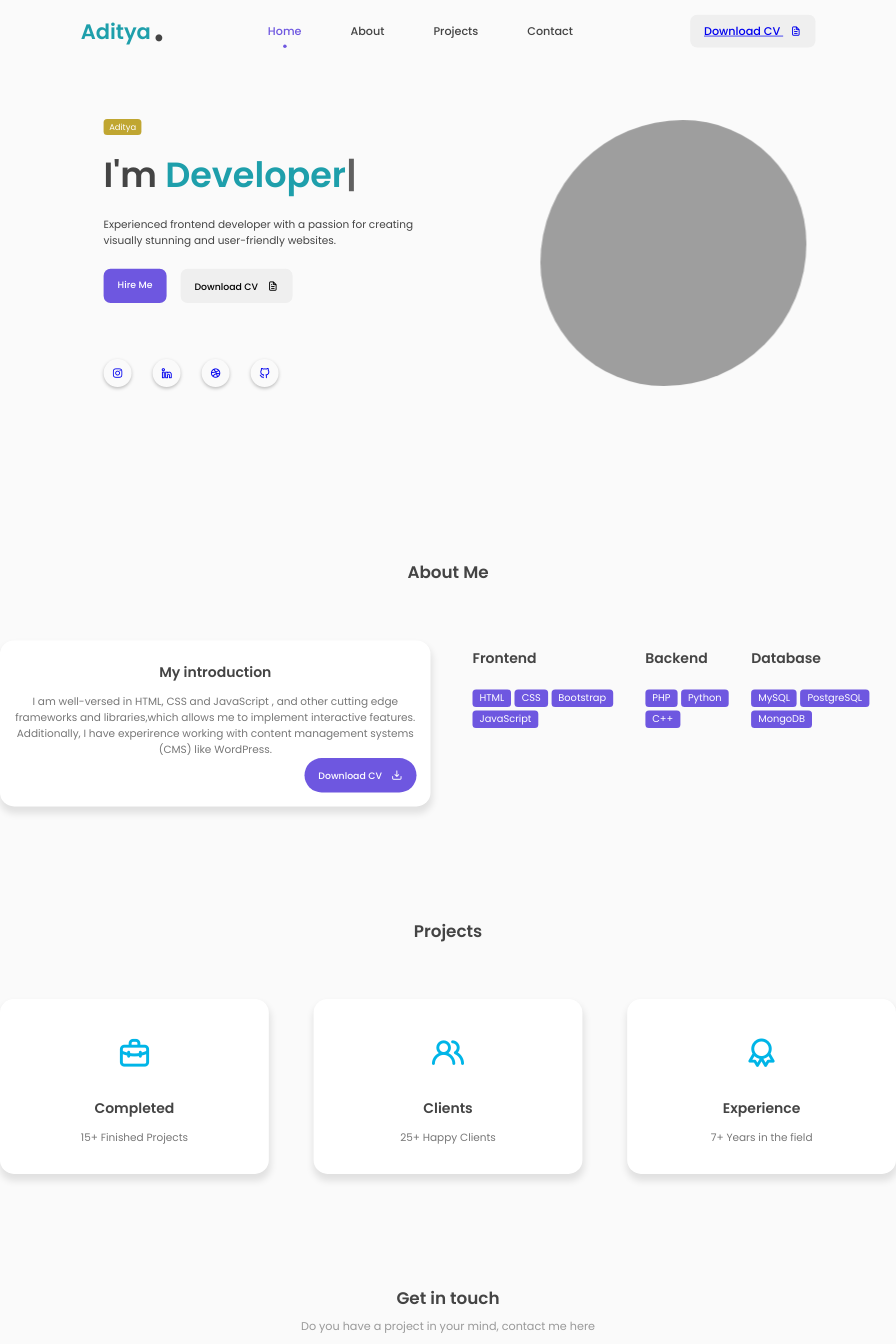
Repository: 4Kbrain/Portofolio
Page: index.html
These files come from the project's save history. The page is drawn as it stood at one moment and after the next save; the edit follows.
The browser window is 1280 px wide. The pictures show the part of the page from y = 0 to 1920 px (the page is 2774 px tall), at 70% of full size.
Pictures or frames that could not be fetched are drawn as grey boxes.

Above is the page before, as saved 2024-05-15 09:03:53.

### index.html
<!DOCTYPE html>
<html lang="en">

<head>
    <meta charset="UTF-8">
    <meta name="viewport" content="width=device-width, initial-scale=1.0">
    <link rel="stylesheet" href="https://unicons.iconscout.com/release/v4.0.8/css/line.css">
    <link rel="stylesheet" href="assets/css/style.css">
    <link rel="shortcut icon" href="assets/images/favicon.png" type="image/x-icon">

    <title>Portfolio | Aditya</title>
</head>

<body>
    <div class="container">
        <!-- header -->
        <nav id="header">
            <div class="nav-logo">
                <p class="nav-name">Aditya</p>
                <span>.</span>
            </div>
            <div class="nav-menu" id="myNavMenu">
                <ul class="nav_menu_list">
                    <li class="nav_list">
                        <a href="#home" class="nav-link active-link">Home</a>
                        <div class="circle"></div>
                    </li>
                    <li class="nav_list">
                        <a href="#about" class="nav-link">About</a>
                        <div class="circle"></div>
                    </li>
                    <li class="nav_list">
                        <a href="#projects" class="nav-link">Projects</a>
                        <div class="circle"></div>
                    </li>
                    <li class="nav_list">
                        <a href="#contact" class="nav-link">Contact</a>
                        <div class="circle"></div>
                    </li>
                </ul>
            </div>
            <div class="nav-button">
                <a id="downloadCVButton" href="assets/CV/Aditya%20CV.pdf" download="CV.pdf" class="btn">Download CV <i
                        class="uil uil-file-alt"></i></a>
            </div>
            <div class="nav-menu-btn">
                <i class="uil uil-bars" onclick="myMenuFunction()"></i>
            </div>
        </nav>


        <!-- -------------- MAIN ---------------- -->
        <main class="wrapper">
            <!-- -------------- FEATURED BOX ---------------- -->
            <section class="featured-box" id="home">
                <div class="featured-text">
                    <div class="featured-text-card">
                        <span>Aditya</span>
                    </div>
                    <div class="featured-name">
                        <p>I'm <span class="typedText"></span></p>
                    </div>
                    <div class="featured-text-info">
                        <p>Experienced frontend developer with a passion for creating visually stunning
                            and user-friendly websites.
                        </p>
                    </div>
                    <div class="featured-text-btn">
                        <button class="btn blue-btn">Hire Me</button>
                        <button class="btn">Download CV <i class="uil uil-file-alt"></i></button>
                    </div>
                    <div class="social_icons">
                        <div class="icon"><a href="https://instagram.com"><i class="uil uil-instagram"></i></a></div>
                        <div class="icon"><a href="https://linkedin.com"><i class="uil uil-linkedin-alt"></i></a></div>
                        <div class="icon"><a href="https://dribbble.com"><i class="uil uil-dribbble"></i></a></div>
                        <div class="icon"><a href="https://github.com/4Kbrain"><i class="uil uil-github-alt"></i></a></div>

                    </div>
                </div>
                <div class="featured-image">
                    <div class="image">
                        <img src="assets/images/avatar.png" alt="avatar">
                    </div>
                </div>
                <!-- <div c
         -->
    </div>

    </section>
    <!-- -------------- ABOUT BOX ---------------- -->
    <section class="section" id="about">
        <div class="top-header">
            <h1>About Me</h1>
        </div>
        <div class="row">
            <div class="col">
                <div class="about-info">
                    <h3>My introduction</h3>
                    <p>I am well-versed in HTML, CSS and JavaScript , and other cutting edge
                        frameworks and libraries,which allows me to implement interactive features.
                        Additionally, I have experirence working with content management systems (CMS) like
                        WordPress.
                    </p>
                    <div class="about-btn">
                        <button class="btn">Download CV <i class="uil uil-import"></i></button>
                    </div>
                </div>
            </div>
            <div class="col">
                <div class="skills-box">
                    <div class="skills-header">
                        <h3>Frontend</h3>
                    </div>
                    <div class="skills-list">
                        <span>HTML</span>
                        <span>CSS</span>
                        <span>Bootstrap</span>
                        <span>JavaScript</span>
                    </div>
                </div>
                <div class="skills-box">
                    <div class="skills-header">
                        <h3>Backend</h3>
                    </div>
                    <div class="skills-list">
                        <span>PHP</span>
                        <span>Python</span>
                        <span>C++</span>
                    </div>
                </div>
                <div class="skills-box">
                    <div class="skills-header">
                        <h3>Database</h3>
                    </div>
                    <div class="skills-list">
                        <span>MySQL</span>
                        <span>PostgreSQL</span>
                        <span>MongoDB</span>
                    </div>
                </div>
            </div>
        </div>
    </section>

    <!-- -------------- PROJECT BOX ---------------- -->

    <section class="section" id="projects">
        <div class="top-header">
            <h1>Projects</h1>
        </div>
        <div class="project-container">
            <div class="project-box">
                <i class="uil uil-briefcase-alt"></i>
                <h3>Completed</h3>
                <label>15+ Finished Projects</label>
            </div>
            <div class="project-box">
                <i class="uil uil-users-alt"></i>
                <h3>Clients</h3>
                <label>25+ Happy Clients</label>
            </div>
            <div class="project-box">
                <i class="uil uil-award"></i>
                <h3>Experience</h3>
                <label>7+ Years in the field</label>
            </div>
        </div>
    </section>

    <!-- -------------- CONTACT BOX ---------------- -->

    <section class="section" id="contact">
        <div class="top-header">
            <h1>Get in touch</h1>
            <span>Do you have a project in your mind, contact me here</span>
        </div>
        <div class="row">
            <div class="col">
                <div class="contact-info">
                    <h2>Find Me <i class="uil uil-corner-right-down"></i></h2>
                    <p><i class="uil uil-envelope"></i> Email: john@Aditya.com</p>
                    <p><i class="uil uil-phone"></i> Tel: +250 708 770 000</p>
                </div>
            </div>
            <div class="col">
                <div class="form-control">
                    <div class="form-inputs">
                        <input type="text" class="input-field" placeholder="Name">
                        <input type="text" class="input-field" placeholder="Email">
                    </div>
                    <div class="text-area">
                        <textarea placeholder="Message"></textarea>
                    </div>
                    <div class="form-button">
                        <button class="btn">Send <i class="uil uil-message"></i></button>
                    </div>
                </div>
            </div>
        </div>
    </section>

    </main>


    <!-- --------------- FOOTER --------------- -->
    <footer>
        <div class="top-footer">
            <p>Aditya .</p>
        </div>
        <div class="middle-footer">
            <ul class="footer-menu">
                <li class="footer_menu_list">
                    <a href="#home">Home</a>
                </li>
                <li class="footer_menu_list">
                    <a href="#about">About</a>
                </li>
                <li class="footer_menu_list">
                    <a href="#projects">Projects</a>
                </li>
                <li class="footer_menu_list">
                    <a href="#contact">Contact</a>
                </li>
            </ul>
        </div>
        <div class="footer-social-icons">
            <div class="icon"><i class="uil uil-instagram"></i></div>
            <div class="icon"><i class="uil uil-linkedin-alt"></i></div>
            <div class="icon"><i class="uil uil-dribbble"></i></div>
            <div class="icon"><i class="uil uil-github-alt"></i></div>
        </div>
        <div class="bottom-footer">
            <p>Copyright &copy; <a href="#home" style="text-decoration: none;">Aditya</a> - All rights reserved</p>
        </div>
    </footer>

    </div>



    <script src="https://unpkg.com/typed.js@2.0.16/dist/typed.umd.js"></script>
    <script src="https://unpkg.com/scrollreveal"></script>
    <script src="assets/js/script.js"></script>
</body>

</html>

### assets/css/style.css
/* ----- POPPINS FONT Link ----- */
@import url('https://fonts.googleapis.com/css2?family=Poppins:wght@400;500;600;700&display=swap');

/* ----- VARIABLES ----- */
:root{
    --body-color: rgb(250, 250, 250);
    --color-white: rgb(255, 255, 255);

    --text-color-second: rgb(68, 68, 68);
    --text-color-third: rgb(30, 159, 171);

    --first-color: rgb(110, 87, 224);
    --first-color-hover: rgb(40, 91, 212);

    --second-color: rgb(0, 201, 255);
    --third-color: rgb(192, 166, 49);
    --first-shadow-color: rgba(0, 0, 0, 0.1);

}

*{
    margin: 0;
    padding: 0;
    box-sizing: border-box;
    font-family: 'Poppins', sans-serif;
}

html{
    scroll-behavior: smooth;
}

/* webkit scrollbar */
::-webkit-scrollbar{
    width: 10px;
    border-radius: 25px;
}
::-webkit-scrollbar-track{
    background: #f1f1f1;
}
::-webkit-scrollbar-thumb{
    background: #ccc;
    border-radius: 30px;
}
::-webkit-scrollbar-thumb:hover{
    background: #bbb;
}


.btn{
    font-weight: 500;
    padding: 12px 20px;
    background: #efefef;
    border: none;
    border-radius: 10px;
    cursor: pointer;
    transition: .4s;
}
.btn>i{
    margin-left: 10px;
}
.btn:hover{
    background: var(--second-color);
    color: var(--color-white);
}

/* ----- GLOBAL ICONS DESIGN ----- */
i{
    font-size: 16px;
}

/* ------- BASE -------- */
body{
    background: var(--body-color);
    overflow-x: hidden;
}
.container{
    width: 100%;
    position: relative;
}

/* ----- NAVIGATION BAR ----- */
nav{
    position: fixed;
    display: flex;
    justify-content: space-between;
    width: 100%;
    height: 90px;
    line-height: 90px;
    background: var(--body-color);
    padding-inline: 9vw;
    transition: .3s;
    z-index: 100;
}
.nav-logo{
   position: relative;
}
.nav-name{
    font-size: 30px;
    font-weight: 600;
    color: var(--text-color-third);
}
.nav-logo span{
    position: absolute;
    top: -15px;
    right: -20px;
    font-size: 5em;
    color: var(--text-color-second);
}
.nav-menu, .nav_menu_list{
    display: flex;
}
.nav-menu .nav_list{
    list-style: none;
    position: relative;
}
.nav-link{
    text-decoration: none;
    color: var(--text-color-second);
    font-weight: 500;
    padding-inline: 15px;
    margin-inline: 20px;
}
.nav-menu-btn{
    display: none;
}
.nav-menu-btn i{
    font-size: 28px;
    cursor: pointer;
}
.active-link{
    position: relative;
    color: var(--first-color);
    transition: .3;
}
.active-link::after{
    content: '';
    position: absolute;
    left: 50%;
    bottom: -15px;
    transform: translate(-50%, -50%);
    width: 5px;
    height: 5px;
    background: var(--first-color);
    border-radius: 50%;
}


/* ----- WRAPPER DESIGN ----- */
.wrapper{
    padding-inline: 10vw;
}

/* ----- FEATURED BOX ----- */
.featured-box{
    position: relative;
    display: flex;
    height: 100vh;
    min-height: 700px;
}

/* ----- FEATURED TEXT BOX ----- */
.featured-text{
    position: relative;
    display: flex;
    justify-content: center;
    align-content: center;
    min-height: 80vh;
    flex-direction: column;
    width: 50%;
    padding-left: 20px;
}
.featured-text-card span{
    background: var(--third-color);
    color: var(--color-white);
    padding: 3px 8px;
    font-size: 12px;
    border-radius: 5px;
}
.featured-name{
    font-size: 50px;
    font-weight: 600;
    color: var(--text-color-second);
    margin-block: 20px;
}
.typedText{
    text-transform: capitalize;
    color: var(--text-color-third);
}
.featured-text-info{
    font-size: 15px;
    margin-bottom: 30px;
    color: var(--text-color-second);
}
.featured-text-btn{
    display: flex;
    gap: 20px;
}
.featured-text-btn>.blue-btn{
    background: var(--first-color);
    color: var(--color-white);
}
.featured-text-btn>.blue-btn:hover{
    background: var(--first-color-hover);
}
.social_icons{
    display: flex;
    margin-top: 5em;
    gap: 30px;
}
.icon{
    display: flex;
    justify-content: center;
    align-items: center;
    width: 40px;
    height: 40px;
    border-radius: 50%;
    box-shadow: 0px 2px 5px 0px rgba(0, 0, 0, 0.25);
    cursor: pointer;
}
.icon:hover{
    color: var(--first-color);
}

/* ----- FEATURED IMAGE BOX ----- */
.featured-image{
    display: flex;
    justify-content: right;
    align-content: center;
    min-height: 80vh;
    width: 50%;
}
.image{
    margin: auto 0;
    width: 380px;
    height: 380px;
    border-radius: 55% 45% 55% 45%;
    overflow: hidden;
    animation: imgFloat 7s ease-in-out infinite;
}
.image img{
    width: 380px;
    height: 380px;
    object-fit: cover;
}
@keyframes imgFloat {
    50%{
        transform: translateY(10px);
        border-radius: 45% 55% 45% 55%;
    }
}
.scroll-btn{
   position: absolute;
   bottom: 0;
   left: 50%;
   translate: -50%;
   display: flex;
   justify-content: center;
   align-items: center;
   width: 150px;
   height: 50px;
   gap: 5px;
   text-decoration: none;
   color: var(--text-color-second);
   background: var(--color-white);
   border-radius: 30px;
   box-shadow: 0 2px 5px 0 rgba(0, 0, 0, 0.25);
}
.scroll-btn i{
    font-size: 20px;
}

/* ----- MAIN BOX ----- */
.section{
    padding-block: 5em;
}
.row{
    display: flex;
    justify-content: space-between;
    width: 100%;
    gap: 50px;
}
.col{
    display: flex;
    width: 50%;
}

/* -- ## --- RESUABLE CSS -- ## -- */
.top-header{
    text-align: center;
    margin-bottom: 5em;
}
.top-header h1{
    font-weight: 600;
    color: var(--text-color-second);
    margin-bottom: 10px;
}
.top-header span{
    color: #999;
}
h3{
    font-size: 20px;
    font-weight: 600;
    color: var(--text-color-second);
    margin-bottom: 15px;
}

/* ----- ABOUT INFO ----- */
.about-info{
    position: relative;
    display: flex;
    align-items: center;
    flex-direction: column;
    padding-block: 30px 70px;
    padding-inline: 20px;
    width: 100%;
    background: var(--color-white);
    box-shadow: 1px 8px 10px 2px var(--first-shadow-color);
    border-radius: 20px;
}
.about-info p{
    text-align: center;
    font-size: 15px;
    color: #777;
}
.about-btn button{
    position: absolute;
    right: 20px;
    bottom: 20px;
    background: var(--first-color);
    color: var(--color-white);
    border-radius: 30px;
}
.about-btn button:hover{
    background: var(--first-color-hover);
}

/* ----- ABOUT / SKILLS BOX ----- */
.skills-box{
    margin: 10px;
}
.skills-header{
    margin-bottom: 30px;
}
.skills-list{
    display: flex;
    flex-wrap: wrap;
    gap: 5px;
}
.skills-list span{
    font-size: 14px;
    background: var(--first-color);
    color: var(--color-white);
    padding: 2px 10px;
    border-radius: 5px;
}

/* ----- PROJECTS BOX ----- */
.project-container{
    display: flex;
    width: 100%;
    justify-content: space-between;
    gap: 20px;
    flex-wrap: wrap;
}
.project-box{
    position: relative;
    display: flex;
    justify-content: center;
    align-items: center;
    flex-direction: column;
    width: 30%;
    height: 250px;
    background: var(--color-white);
    border-radius: 20px;
    box-shadow: 1px 8px 10px 2px var(--first-shadow-color);
    overflow: hidden;
}
.project-box>i{
    font-size: 50px;
    color: #00B5E7;
    margin-bottom: 25px;
}
.project-box label{
    font-size: 15px;
    color: #777;
}
.project-box::after, .contact-info::after{
    content: "";
    position: absolute;
    bottom: -100%;
    background: var(--second-color);
    width: 100%;
    height: 100%;
    transition: .4s;
    z-index: 1;
}
.project-box:hover.project-box::after,
.contact-info:hover.contact-info::after{
    bottom: 0;
}
.project-box:hover.project-box i,
.project-box:hover.project-box>h3,
.project-box:hover.project-box>label{
    color: var(--color-white);
    z-index: 2;
}

/* ----- CONTACT BOX ----- */
.contact-info{
    position: relative;
    display: flex;
    flex-direction: column;
    justify-content: center;
    align-items: center;
    padding: 20px 30px;
    width: 100%;
    height: 315px;
    background: var(--second-color);
    border-radius: 10px;
    box-shadow: 1px 8px 10px 2px var(--first-shadow-color);
    overflow: hidden;
}
.contact-info>h2{
    color: var(--color-white);
    margin-bottom: 20px;
}
.contact-info>p{
    display: flex;
    align-items: center;
    gap: 10px;
    color: var(--color-white);
    margin-block: 5px;
}
.contact-info p>i{
    font-size: 18px;
}
.contact-info::after{
    background: var(--color-white);
}
.contact-info:hover.contact-info h2,
.contact-info:hover.contact-info p,
.contact-info:hover.contact-info i{
    color: #777;
    z-index: 2;
}

/* ----- CONTACT FORM ----- */
.form-control{
    display: flex;
    flex-direction: column;
    gap: 10px;
    width: 100%;
}
.form-inputs{
    display: flex;
    gap: 10px;
    width: 100%;
}
.input-field{
    width: 50%;
    height: 55px;
    background: transparent;
    border: 2px solid #AAA;
    border-radius: 10px;
    padding-inline: 20px;
    outline: none;
}
textarea{
    width: 100%;
    height: 250px;
    background: transparent;
    border: 2px solid #AAA;
    border-radius: 10px;
    padding: 15px 20px;
    outline: none;
    resize: none;
}
.form-button>.btn{
    display: flex;
    align-items: center;
    justify-content: center;
    background: var(--second-color);
    color: var(--color-white);
}
.form-button>.btn:hover{
    background: #00B5E7;
}
.form-button i{
    font-size: 18px;
    rotate: -45deg;
}

/* ----- FOOTER BOX ----- */
footer{
    display: flex;
    justify-content: center;
    align-items: center;
    flex-direction: column;
    row-gap: 30px;
    background: #F8F8F8;
    padding-block: 40px 60px;
}
.top-footer p{
    font-size: 25px;
    font-weight: 600;
}
.middle-footer .footer-menu{
    display: flex;
}
.footer_menu_list{
    list-style: none;
}
.footer_menu_list a{
    text-decoration: none;
    color: var(--text-color-second);
    font-weight: 500;
    margin-inline: 20px;
}
.footer-social-icons{
    display: flex;
    gap: 30px;
}
.bottom-footer{
    font-size: 14px;
    margin-top: 10px;
}


/* ----- MEDIA QUERY == 1024px / RESPONSIVE ----- */
@media only screen and (max-width: 1024px){
    .featured-text{
        padding: 0;
    }
    .image, .image img{
        width: 320px;
        height: 320px;
    }
}

/* ----- MEDIA QUERY == 900px / RESPONSIVE ----- */
@media only screen and (max-width: 900px) {
    .nav-button{
        display: none;
    }
    .nav-menu.responsive{
        left: 0;
    }
    .nav-menu{
        position: fixed;
        top: 80px;
        left: -100%;
        flex-direction: column;
        justify-content: center;
        align-items: center;
        background: rgba(255, 255, 255, 0.7);
        backdrop-filter: blur(20px);
        width: 100%;
        min-height: 450px;
        height: 90vh;
        transition: .3s;
    }
    .nav_menu_list{
        flex-direction: column;
    }
    .nav-menu-btn{
        display: flex;
        align-items: center;
        justify-content: center;
    }
    .featured-box{
        flex-direction: column;
        justify-content: center;
        height: 100vh;
    }
    .featured-text{
        width: 100%;
        order: 2;
        justify-content: center;
        align-content: flex-start;
        min-height: 60vh;
    }
    .social_icons{
        margin-top: 2em;
    }
    .featured-image{
        order: 1;
        justify-content: center;
        min-height: 150px;
        width: 100%;
        margin-top: 65px;
    }
    .image, .image img{
        width: 150px;
        height: 150px;
    }
    .row{
        display: flex;
        flex-direction: column;
        justify-content: center;
        gap: 50px;
    }
    .col{
        display: flex;
        justify-content: center;
        width: 100%;
    }
    .about-info, .contact-info{
        width: 100%;
    }
    .project-container{
        justify-content: center;
    }
    .project-box{
        width: 80%;
    }

}

/* ----- MEDIA QUERY == 540px / RESPONSIVE ----- */

@media only screen and (max-width: 540px){
    .featured-name{
        font-size: 40px;
    }
    .project-box{
        width: 100%;
    }
    .form-inputs{
        flex-direction: column;
    }
    .input-field{
        width: 100%;
    }
}

Loaded but not shown: assets/js/script.js (129 lines, source omitted)

After the next save:
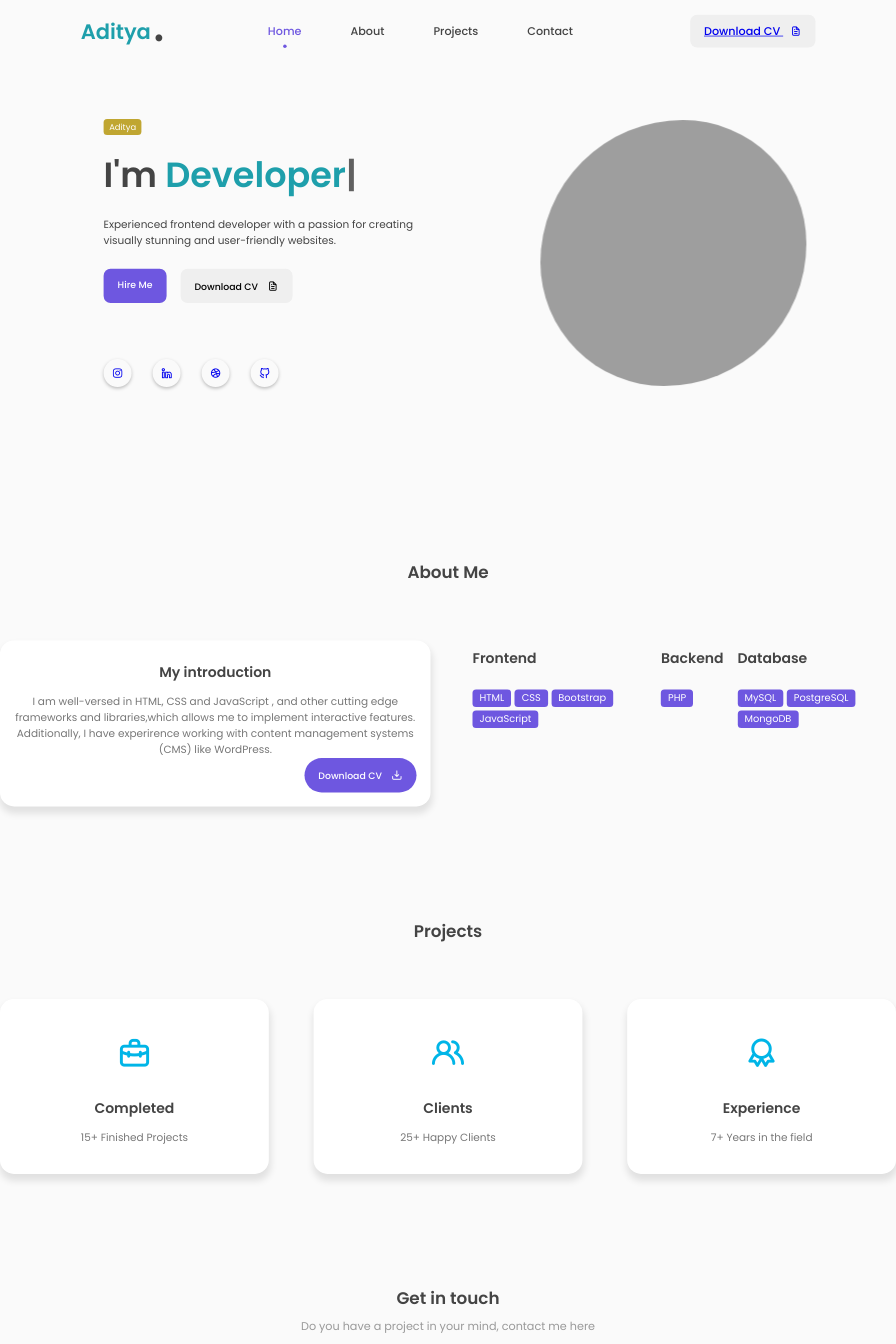
Saved 5 s later.
--- a/index.html
+++ b/index.html
@@ -124,8 +124,6 @@
                     </div>
                     <div class="skills-list">
                         <span>PHP</span>
-                        <span>Python</span>
-                        <span>C++</span>
                     </div>
                 </div>
                 <div class="skills-box">
